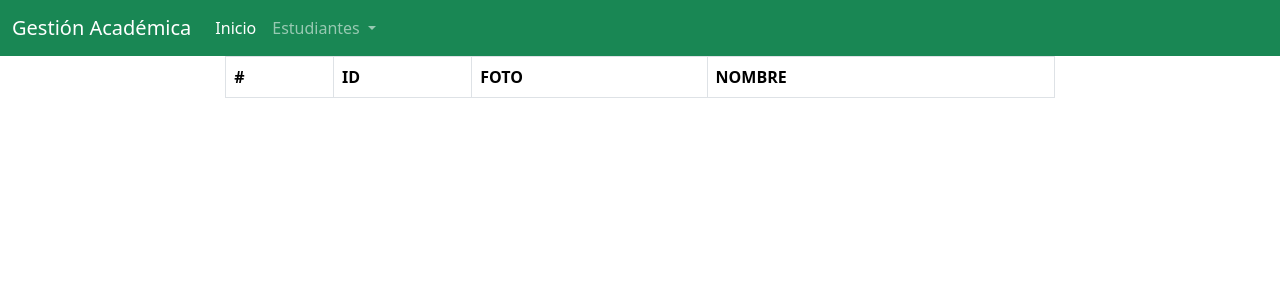
Repository: cesartomedes/frontacademico
Page: /
These files come from the project's save history. The page is drawn as it stood at one moment and after the next save; the edit follows.
The browser window is 1280 px wide. The pictures show the whole page.
The project was rebuilt for these pictures with package versions that can differ from the ones it lists, and the page was loaded fresh each time. Also part of the build but not shown: vue.config.js, src/components/HelloWorld.vue, src/views/EstudianteNew.vue, src/views/EstudianteEdit.vue, src/views/EstudianteView.vue.

Above is the page before, as saved 2023-10-24 15:43:58.

### src/main.js
import { createApp } from 'vue'
import App from './App.vue'
import router from './router'
import store from './store'
import '@fortawesome/fontawesome-free/css/all.min.css'
import 'bootstrap/dist/css/bootstrap.css'


createApp(App).use(store).use(router).mount('#app')

import 'bootstrap/dist/js/bootstrap'

### src/App.vue
<template>
      <nav class="navbar navbar-expand-lg navbar-dark bg-success">
        <div class="container-fluid">
          <a class="navbar-brand" href="#">Gestión Académica</a>
          <button class="navbar-toggler" type="button" data-bs-toggle="collapse" data-bs-target="#navbarSupportedContent" aria-controls="navbarSupportedContent" aria-expanded="false" aria-label="Toggle navigation">
            <span class="navbar-toggler-icon"></span>
          </button>
          <div class="collapse navbar-collapse" id="navbarSupportedContent">
            <ul class="navbar-nav me-auto mb-2 mb-lg-0">
              <li class="nav-item">
                <a class="nav-link active" aria-current="page" href="#">Inicio</a>
              </li>

              <li class="nav-item dropdown">
                <a class="nav-link dropdown-toggle" href="#" role="button" data-bs-toggle="dropdown" aria-expanded="false">
                  Estudiantes
                </a>
                <ul class="dropdown-menu">

                  <li>
                    <router-link class="dropdown-item" to="/">Listar Estudiantes</router-link>
                  </li>

                  <li>
                    <router-link class="dropdown-item" to="/createE">Registrar Nuevo</router-link>
                  </li>
                  <li><hr class="dropdown-divider"></li>
                  <li><a class="dropdown-item" href="#">Something else here</a></li>
                </ul>
              </li>
            </ul>

          </div>
        </div>
    </nav>
    <div class="container-fluid">
      <router-view/>
    </div>

</template>

### src/router/index.js
import { createRouter, createWebHashHistory } from 'vue-router'
import HomeView from '../views/HomeView.vue'
import EstudianteNew from '../views/EstudianteNew.vue'
import EstudianteEdit from '../views/EstudianteEdit.vue'
import EstudianteView from '../views/EstudianteView.vue'

const routes = [
  {
    path: '/',
    name: 'home',
    component: HomeView
  },

  {
    path: '/createE',
    name: 'createE',
    component: EstudianteNew
  },

  {
    path: '/editE/:id',
    name: 'editE',
    component: EstudianteEdit
  },

  {
    path: '/viewE/:id',
    name: 'viewE',
    component: EstudianteView
  }
]

const router = createRouter({
  history: createWebHashHistory(),
  routes
})

export default router

### src/views/HomeView.vue
<template>
      <div class="row">
        <div class="col-lg-8 offset-lg-2">
          <div class="table-responsive">
            <table class="table table-bordered table-hover">
              <thead>
                <tr>
                  <th>#</th>
                  <th>ID</th>
                  <th>FOTO</th>
                  <th>NOMBRE</th>
                </tr>
              </thead>
            </table>
          </div>
        </div>
      </div>
</template>

<script>
// @ is an alias to /src
import HelloWorld from '@/components/HelloWorld.vue'

export default {
  name: 'HomeView',
  components: {
    HelloWorld
  }
}
</script>

Loaded but not shown: public/index.html (common file); src/store/index.js (common file)

After the next save:
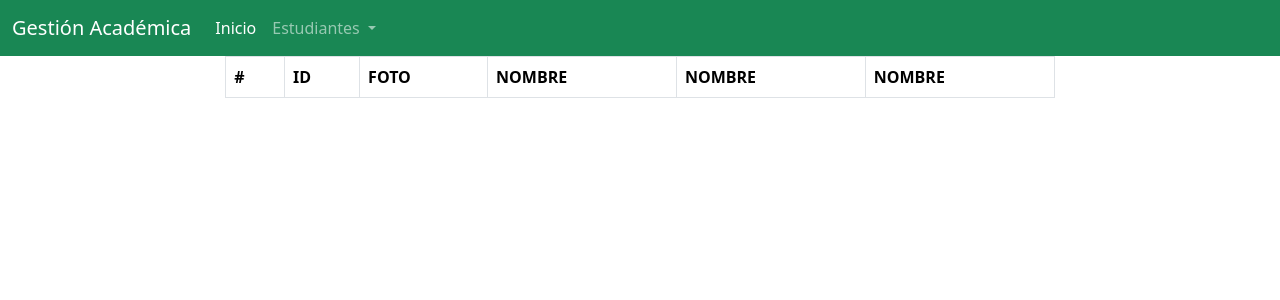
Saved 6 s later.
--- a/src/views/HomeView.vue
+++ b/src/views/HomeView.vue
@@ -8,6 +8,8 @@
                   <th>#</th>
                   <th>ID</th>
                   <th>FOTO</th>
+                  <th>NOMBRE</th>
+                  <th>NOMBRE</th>
                   <th>NOMBRE</th>
                 </tr>
               </thead>
